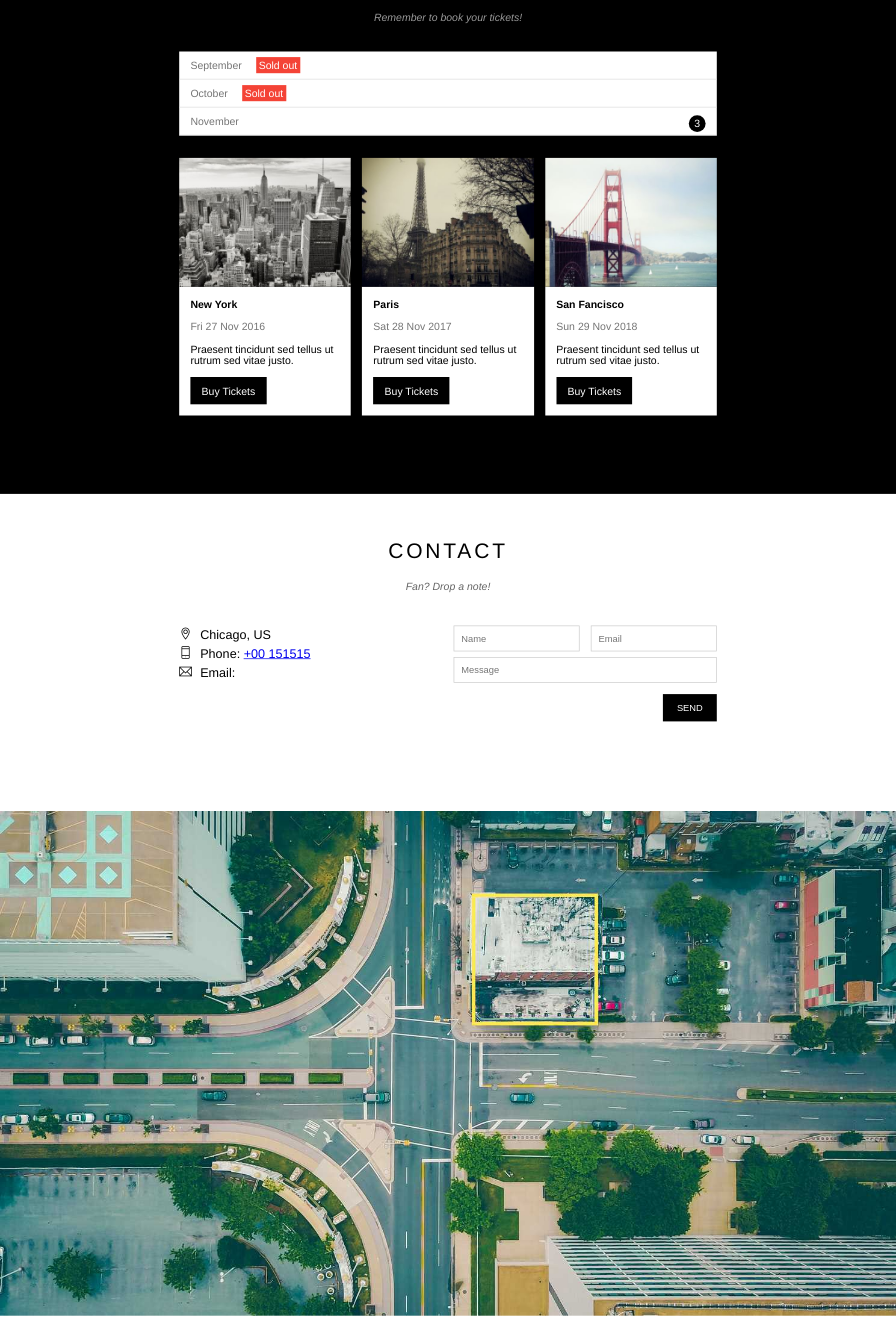
Repository: ThinhTran2k/BigBang-Band-Website
Page: index.html
The author's editor kept a copy of each file at every save. The page is drawn from the files as they stood at one save, then again after a run of saves.
The browser window is 1280 px wide. The pictures show the part of the page from y = 1562 to 3482 px (the page is 3633 px tall), at 70% of full size.

Above is the page before, as saved 2021-03-16 19:27:39.
Console error: TypeError: Cannot set properties of undefined (setting 'onclick')

### index.html
<!DOCTYPE html>
<html lang="en">
<head>
    <meta charset="UTF-8">
    <meta http-equiv="X-UA-Compatible" content="IE=edge">
    <meta name="viewport" content="width=device-width, initial-scale=1.0">
    <title>Brand</title>
    <link rel="icon" href="asset/img/favicon.png" type="image/x-icon" />
    <link rel="stylesheet" href="./asset/css/style.css">
    <link rel="stylesheet" href="./asset/css/responsive.css">
    <link rel="stylesheet" href="./asset/font/themify-icons/themify-icons.css">
</head>
<body>
    <div class="wrapper">
        <div class="header">
            <!-- Navigation -->
            <ul class="nav row-block">
                <li><a href="#">Home</a></li>
                <li><a href="#band">Band</a></li>
                <li><a href="#tour">Tour</a></li>
                <li><a href="#contact">Contact</a></li>
                <li>
                    <a href="#">
                        More
                        <i class="nav-arrow-icon ti-angle-down"></i>
                    </a>
                    <ul class="subnav">
                        <li><a href="#">Merchandise</a></li>
                        <li><a href="#">Extras</a></li>
                        <li><a href="#">Media</a></li>
                    </ul>
                </li>
            </ul>

            <!-- Search -->
            <div class="header__search">
                <i class="header__search-icon ti-search"> </i>
            </div>

            <div class="mobi-menu-responsive">
                <i class="menu-icon ti-menu"></i>
            </div>
        </div>

        <div class="slider">
            <div class="text-content">
                <h2 class="text-heading">New York</h2>
                <div class="text-description">The atmosphere in New York is lorem ipsum.</div>
            </div>
        </div>

        <div class="content" >
            <div class="content-section" id="band">
                <h2 class="section-heading">THE BAND</h2>
                <p class="section-subheading">We love music</p>
                <p class="about">We have created a fictional band website. Lorem ipsum dolor sit amet, consectetur adipiscing elit, sed do eiusmod tempor
                incididunt ut labore et dolore magna aliqua. Ut enim ad minim veniam, quis nostrud exercitation ullamco laboris nisi ut
                aliquip ex ea commodo consequat. Duis aute irure dolor in reprehenderit in voluptate velit esse cillum dolore eu fugiat
                nulla pariatur. Excepteur sint occaecat cupidatat non proident, sunt in culpa qui officia deserunt mollit anim id est
                laborum consectetur adipiscing elit, sed do eiusmod tempor incididunt ut labore et dolore magna aliqua. Ut enim ad minim
                veniam, quis nostrud exercitation ullamco laboris nisi ut aliquip ex ea commodo consequat.
                </p>

                <div class="row member-list member-list-resp">
                    <div class="member-item member-item-resp">
                        <p class="member-name">T.O.P</p>
                        <img src="./asset/img/T.O.P.jpg" alt="name" class="member-img">
                    </div>
                    <div class="member-item member-item-resp">
                        <p class="member-name">Taeyong</p>
                        <img src="./asset/img/Taeyong.jpg" alt="name" class="member-img">
                    </div>
                    <div class="member-item member-item-resp">
                        <p class="member-name">G-Dragon</p>
                        <img src="./asset/img/G-dragon.jpg" alt="name" class="member-img">
                    </div>
                    <div class="member-item member-item-resp">
                        <p class="member-name">Deasung</p>
                        <img src="./asset/img/Deasung.jpg" alt="name" class="member-img">
                    </div>
                    <div class="member-item member-item-resp">
                        <p class="member-name">Seungri</p>
                        <img src="./asset/img/Seung-hyun.png" alt="name" class="member-img">
                    </div>
                </div>
            </div>
            <div class="content-section--black" id="tour">
                <div class="content-section">
                    <h2 class="section-heading text-white">TOUR DATES</h2>
                    <p class="section-subheading text-white">Remember to book your tickets!</p>
                    <!-- Tickets -->
                    <ul class="tickets-list">
                        <li>September <span class="sold-out">Sold out</span></li>
                        <li>October <span class="sold-out">Sold out</span></li>
                        <li>November <span class="quantity">3</span></li>
                    </ul>
                    <!-- Places -->
                    <div class="row place-list row-block">
                        <div class="col col-third s-col-full mt-16">
                            <img src="./asset/img/newyork.jpg" alt="place" class="place-img">
                            <div class="place-content">
                                <h3 class="place-heading">New York</h3>
                                <p class="place-time">Fri 27 Nov 2016</p>
                                <p class="place-desc">Praesent tincidunt sed tellus ut rutrum sed vitae justo.</p>
                                <a href="#" class="btn place-buy-btn">Buy Tickets</a>
                            </div>
                        </div>
                        <div class="col col-third s-col-full mt-16">
                            <img src="./asset/img/paris.jpg" alt="place" class="place-img">
                            <div class="place-content">
                                <h3 class="place-heading">Paris</h3>
                                <p class="place-time">Sat 28 Nov 2017</p>
                                <p class="place-desc">Praesent tincidunt sed tellus ut rutrum sed vitae justo.</p>
                                <a href="#" class="btn place-buy-btn">Buy Tickets</a>
                            </div>
                        </div>
                        <div class="col col-third s-col-full mt-16">
                            <img src="./asset/img/sanfran.jpg" alt="place" class="place-img">
                            <div class="place-content">
                                <h3 class="place-heading">San Fancisco</h3>
                                <p class="place-time">Sun 29 Nov 2018</p>
                                <p class="place-desc">Praesent tincidunt sed tellus ut rutrum sed vitae justo.</p>
                                <a href="#" class="btn place-buy-btn">Buy Tickets</a>
                            </div>
                        </div>
                    </div>
                </div>
            </div>
            <div class="content-section" id="contact">
                <h2 class="section-heading">CONTACT</h2>
                <p class="section-subheading">Fan? Drop a note!</p>

                <div class="row contact-content row-block">
                    <div class="col col-half s-col-full contact-infor">
                        <p><i class="ti-location-pin"></i>Chicago, US</p>
                        <p><i class="ti-mobile"></i>Phone: <a href="tel:+00 151515">+00 151515</a></p>
                        <p><i class="ti-email"></i>Email: <a href="mailto:"></a></p>
                    </div>
                    <div class="col col-half s-col-full contact-form">
                        <form action="">
                            <div class="row row-block">
                                <div class="col col-half s-col-full">
                                    <input type="text" name="" id="" class="form-control" required placeholder="Name">
                                </div>
                                <div class="col col-half s-col-full">
                                    <input type="email" name="" id="" class="form-control" required placeholder="Email">
                                </div>
                            </div>
                            <div class="row mt-8">
                                <div class="col col-full">
                                    <input type="text" name="" id="" class="form-control" required placeholder="Message">
                                </div>
                            </div>
                            <input type="submit" value="SEND" class="form-btn s-full-width">
                        </form>
                    </div>
                </div>
            </div>

            <div class="map-section" >
                <img src="./asset/img/map.jpg" alt="map">
            </div>
        </div>

        <div class="footer">
            <div class="social-list">
                <a href=""><i class="ti-facebook"></i></a>
                <a href=""><i class="ti-instagram"></i></a>
                <a href=""><i class="ti-pinterest"></i></a>
                <a href=""><i class="ti-linkedin"></i></a>
                <a href=""><i class="ti-twitter-alter"></i></a>
                <a href=""><i class="ti-dropbox-alt"></i></a>
            </div>
            <p class="copyright">Powered by <a href="#">w3.css</a></p>
        </div>
    </div>

    <script>
        // Tự động thay đổi kích thước khi chọn btn menu
        var headerE = document.querySelector('.header');
        var headerHeight = headerE.clientHeight;
        var menuE = document.querySelector('.mobi-menu-responsive');
        menuE.onclick = function () {
            var status = headerE.clientHeight == headerHeight;
            if(status){
                headerE.style.height = 'auto'
            }else{
                headerE.style.height = null;
            }
        }
        // Tự động đóng khi chọn menu
        var menuItems = document.querySelectorAll('ul li a[href*="#"]');
        for(var i = 0; i<= menuItems.length; i++){
            var menuItem = menuItems[i];

            menuItem.onclick = function (e) {
                var isParentMenu = this.nextElementSibling && this.nextElementSibling.classList.contains('subnav');
                if(isParentMenu){
                    e.preventDefault();
                }else{
                    headerE.style.height = null;
                }
            }
        }


    </script>
</body>
</html>

### asset/css/style.css
/* Reset CSS */
*{
    padding: 0;
    margin: 0;
    box-sizing: border-box;
}

html {
    scroll-behavior: smooth;
    font-family: Helvetica, Arial , sans-serif;
}

/* Common css */
.text-white {
    color: #fff !important;
}
.row {
    display: flex;
    justify-content: space-between;
    margin-left: -8px;
    margin-right: -8px;
}
.col {
    padding: 0 8px;
}
.col-third {
    width: 33.33%;
}
.col-half {
    width: 50%;
}
.col-full {
    width: 100%;
}
.mt-8 {
    margin-top: 8px;
}
.mt-16 {
    margin-top: 16px;
}
/* end */

/* Main */
.wrapper {

}

.header {
    position: fixed;
    top: 0;
    left: 0;
    right: 0;
    z-index: 1;
    height: 46px;
    background-color: #000;
}

.nav {
    display: inline-block;
}
.nav .subnav {
    display: none;
    position: absolute;
    top: 100%;
    left: 0;
    min-width: 160px;
    background-color: #fff;
    box-shadow: 0 0 10px rgba(0, 0, 0, 0.3);
}
.nav, .subnav {
    list-style: none;
}
.nav .subnav li:hover, .nav > li:hover > a {
    color: #000;
    background-color: #ccc;
}
.nav .subnav a {
    line-height: 38px;
    padding: 0 16px;
    color: #000;
}

.nav li:hover .subnav {
    display: block;
}
.nav > li {
    display: inline-block;
}
.nav > li > a {
    text-transform: uppercase;
    color: #fff;
}
.nav li{
    position: relative;
}
.nav li a {
    display: block;
    cursor: pointer;
    padding: 0 24px;
    line-height: 46px;
    text-decoration: none;
}
.nav-arrow-icon {
    font-size: 14px;
}

.mobi-menu-responsive {
    position: absolute;
    top: 0;
    right: 0;
}
.header .header__search {
    display: block;
    float: right;
    padding: 0 21px;
    line-height: 46px;
}
.header .mobi-menu-responsive {
    display: none;
    float: right;
    padding: 0 21px;
    line-height: 46px;
}
.header .header__search:hover {
    cursor: pointer;
    background-color: #f44336;
}
.header .mobi-menu-responsive:hover {
    background-color: #ccc;
}
.header .menu-icon:hover {
    color: #000;
}
.header .menu-icon,
.header__search-icon {
    color: #fff;
    font-size: 20px;
}

.slider {
    position: relative;
    margin-top: 46px;
    padding-top: 50%;
    background-image: url('/asset/img/slider2.jpg');
    background-size: cover;
    background-repeat: no-repeat;
    background-position: top center;
}
.text-content {
    position: absolute;
    color: #fff;
    bottom: 48px;
    left: 50%;
    transform: translateX(-50%);
    text-align: center;
}
.text-heading {
    font-weight: 500;
}
.text-description {
    padding-top: 15px;
}


.content {

}
.content-section {
    width: 800px;
    max-width: 100%;
    margin: 0 auto;
    padding: 64px 16px 112px;
}
.section-heading {
    font-weight: 500;
    font-size: 30px;
    text-align: center;
    letter-spacing: 4px;
}
.section-subheading {
    font-size: 15px;
    text-align: center;
    margin-top: 25px;
    font-style: italic;
    opacity: 0.6;
}
.about {
    margin-top: 25px;
    font-size: 15px;
    text-align: justify;
    line-height: 1.5;
}
.member-list {
    margin-top: 38px;
    padding: 32px 0;
}
.member-item {
    display: flex;
    flex-direction: column;
    align-items: center;
    justify-content: center;
    width: 20%;
    /* padding: 0 8px; */
}
.member-item .member-name {
    margin-bottom: 15px;
}
.member-item .member-img {
    border-radius: 5px;
    width: 90%;
    object-fit: contain;
}
.content-section--black {
    background-color: #000;
}
.tickets-list {
    list-style: none;
    margin-top: 40px;
    background-color: #fff;
}
.tickets-list li {
    color: #757575;
    font-size: 15px;
    padding: 11px 16px;
    border-bottom: 1px solid #ddd;
}
.sold-out {
    background-color: #f44336;
    padding: 3px 4px;
    color: #fff;
    margin-left: 16px;
}
.quantity {
    float: right;
    width: 24px;
    height: 24px;
    line-height: 24px;
    text-align: center;
    border-radius: 50%;
    background-color: #000;
    color: #fff;
}
.place-list {
    margin-top: 16px;
}
.place-img {
    display: block;
    width: 100%;
}
.place-img:hover { opacity: 0.6;}
.place-content {
    font-size: 15px;
    padding: 16px;
    background-color: #fff;
}
.place-heading {
    font-size: 15px;
    font-weight: 600;
}
.place-time {
    color: #757575;
    margin-top: 15px;
}
.place-desc {
    margin-top: 15px;
}
.place-buy-btn {
    display: inline-block;
    color: #fff;
    background-color: #000;
    padding: 11px 16px;
    margin-top: 15px;
    text-decoration: none;
}
.place-buy-btn:hover {color: #000; background-color: #ccc;}
/* Contact Form */
.contact-content {
    margin-top: 48px;
}
.contact-infor {
    font-size: 18px;
    line-height: 1.5;
}
.contact-infor i[class*="ti-"] { width: 30px; display: inline-block;}
.contact-form {
    font-size: 15px;
}
.form-control {
    padding: 10px;
    border: 1px solid #ccc;
    width: 100%;
}

.form-btn {
    display: block;
    padding: 12px 20px;
    margin-left: auto;
    margin-top: 16px;
    margin-bottom: 16px;
    border:none;
    color: #fff;
    background-color: #000;
}
.form-btn:hover { background-color: #ccc; cursor: pointer;color: #000;}

/* Map */
.map-section img {
    width: 100%;
}

.footer {
    padding: 64px 16px;
    text-align: center;
}
.footer .social-list {
    font-size: 24px;
}
.footer .social-list a {text-decoration: none; color: rgba(0, 0, 0, 0.6);}
.footer .social-list a:hover ,.footer .copyright a:hover { color: rgba(0, 0, 0, 0.4);}
.footer .copyright {
    margin-top: 15px;
    font-size: 15px;
    color: rgba(0, 0, 0, 0.6);
}
.footer .copyright a {
    color: rgba(0, 0, 0, 0.6);
}

### asset/css/responsive.css
/* Mobile */
@media (max-width: 739px) {
    .header .header__search {
        display: none;
    }
    .header .mobi-menu-responsive {
        display: block;
    }
    .header {
        overflow: hidden;
    }
    .nav > li {
        display: block;
    }
    .nav .subnav {
        position: initial;
        background-color: #333;
    }
    .nav .subnav a {
        color: #fff;
        padding: 5px 40px;
    }
    .nav > li:first-child {
        display: inline-block;
    }
    .member-list-resp {
        display: block;
        margin-top: 0;
    }
    .member-item-resp {
        padding-top: 35px;
        width: 100%;
    }
    .member-item .member-img {
        width: 60%;
    }
    .s-full-width,
    .s-col-full {
        width: 100%;
    }
    .place-img {
        height: 60%;
    }
    .row-block {
        display: block;
    }
    .contact-form {
        margin-top: 16px;
    }
}

/* Table */
@media (max-width: 1023px) {
    .btn {
        padding: 15px 16px;
    }
    .contact-form .form-control {
        padding: 15px;
    }
    .footer .social-list {
        font-size: 48px;
    }
    .nav .subnav a {
        padding: 5px 40px;
    }
    .form-btn {

    }
}

Loaded but not shown: asset/font/themify-icons/themify-icons.css (common file)

After the next 2 saves:
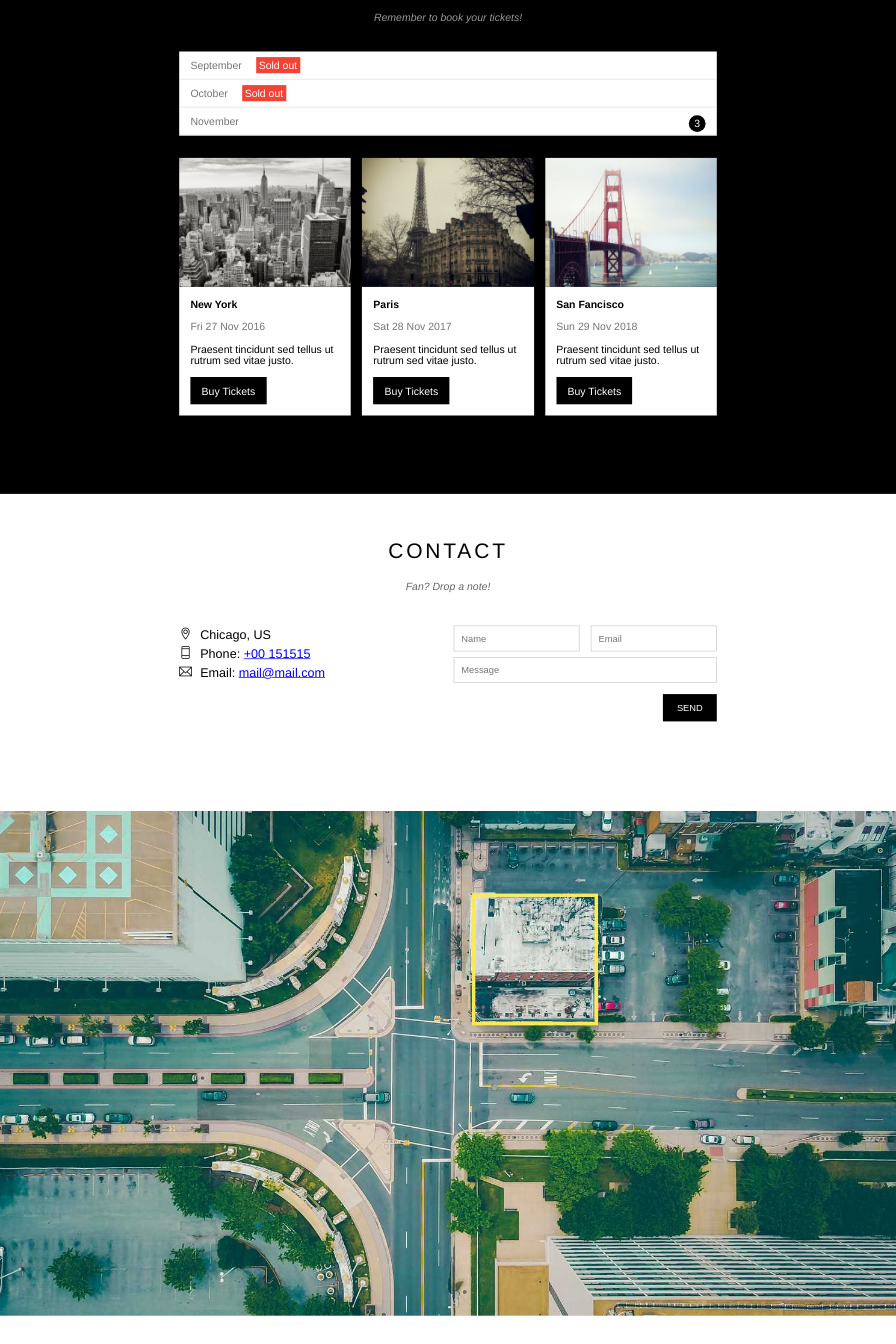
The 2 saves are shown as one change because they came seconds apart.
The last was saved 10 s later.
--- a/index.html
+++ b/index.html
@@ -134,7 +134,7 @@
                     <div class="col col-half s-col-full contact-infor">
                         <p><i class="ti-location-pin"></i>Chicago, US</p>
                         <p><i class="ti-mobile"></i>Phone: <a href="tel:+00 151515">+00 151515</a></p>
-                        <p><i class="ti-email"></i>Email: <a href="mailto:"></a></p>
+                        <p><i class="ti-email"></i>Email: <a href="mailto:mail@mail.com">mail@mail.com</a></p>
                     </div>
                     <div class="col col-half s-col-full contact-form">
                         <form action="">
